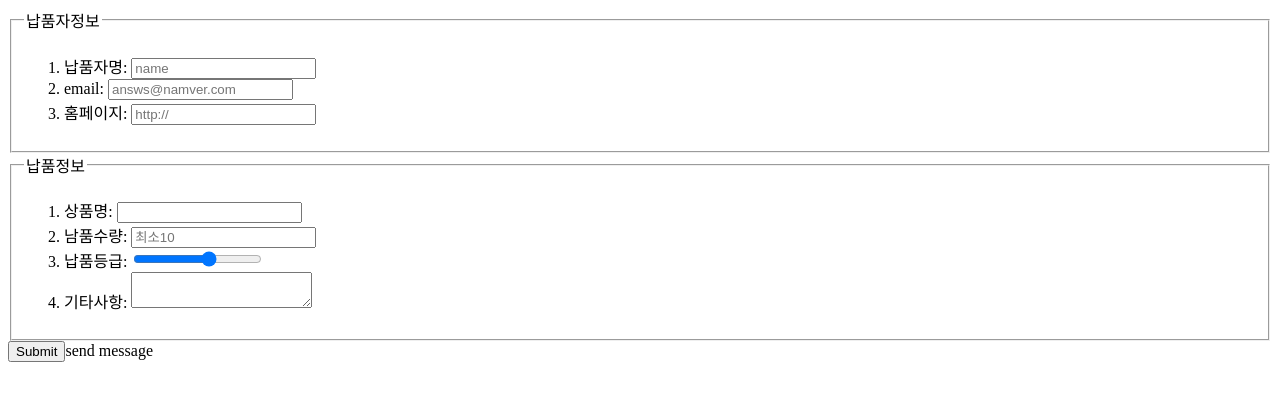
Repository: giwon8701/Qclass_KH
Page: Workspace_Java/testWebProject/WebContent/resources/views/test/productForm.html
An editor plug-in stored every save of this project. The page is shown before and after the next save, followed by the edit.
The browser window is 1280 px wide. The pictures show the whole page.

Above is the page before, as saved 2021-01-11 01:20:27.

### Workspace_Java/testWebProject/WebContent/resources/views/test/productForm.html
<!doctype html>
<html lang="ko">
<head>
<meta charset="UTF-8">
</head>

<body>
<form = "/testw/product" method="post">
	<fieldset>
		<legend>납품자정보</legend>
		<ol>
			<li>
			<label for="supplier_name">납품자명:</label>
			<input type="text" id="supplier_name" placeholder="name" autocomplete="on" required>
			</li>

			<li>
			<label for="email">email:</label>
			<input type="text" id="email" placeholder="answs@namver.com" autocomplete="on" required>
			</li>

			<li>
			<label for="homepage">홈페이지:</label>
			<input type="text" id="homepage" placeholder="http://" autocomplete="on" required>
			</li>
		</ol>
	</fieldset>

	<fieldset>
		<legend>납품정보</legend>
		<ol>
			<li>
			<label for="pruduct_name">상품명:</label>
			<input type="text" id="pruduct_name" autocomplete="on" required>
			</li>

			<li>
			<label for="qty">남품수량:</label>
			<input type="text" id="qty" min=10 placeholder="최소10" autocomplete="on" required>
			</li>

			<li>
			<label for="grade">납품등급:</label>
			<input type="range" id="grade" min="0" max="10" step="2" placeholder="http://" autocomplete="on" required>
			</li>

			<li>
			<label for="etc">기타사항:</label>
			<textarea id="etc" placeholder="" autocomplete="on" required></textarea>
			</li>
		</ol>
	</fieldset>

	<input type="submit">send message</input>
</form>
</body>
</html>

After the next save:
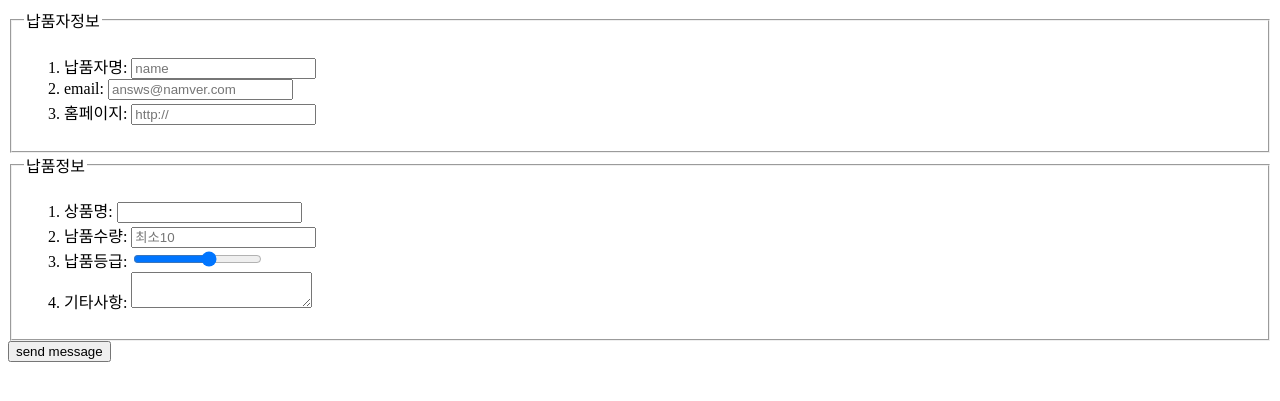
Saved 16 s later.
--- a/Workspace_Java/testWebProject/WebContent/resources/views/test/productForm.html
+++ b/Workspace_Java/testWebProject/WebContent/resources/views/test/productForm.html
@@ -51,7 +51,7 @@
 		</ol>
 	</fieldset>
 
-	<input type="submit">send message</input>
+	<input type="submit" value="send message">
 </form>
 </body>
 </html>
